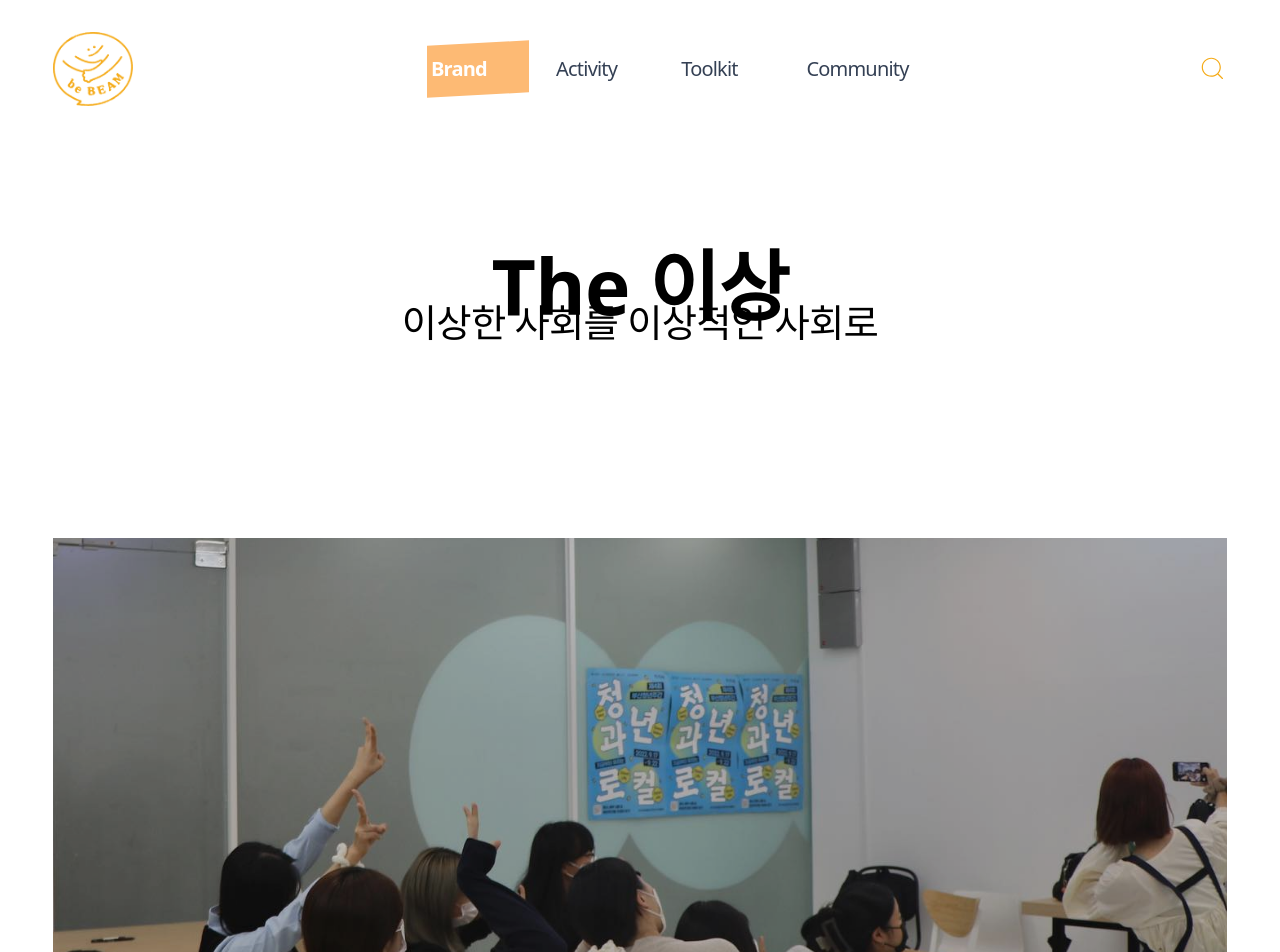
Repository: The-i-sang/BE-BEAM
Page: / (app in front/)
These files come from the project's save history. The page is drawn as it stood at one moment and after the next save; the edit follows.
The browser window is 1280 px wide. The pictures show the part of the page from y = 0 to 952 px (the page is 4370 px tall).
Backgrounds fixed to the window are drawn as part of the page. The project was rebuilt for these pictures with package versions that can differ from the ones it lists, and the page was loaded fresh each time. Also part of the build but not shown: front/src/page/NotFoundPage.jsx, front/src/component/NextArrow.jsx, front/src/component/PrevArrow.jsx, front/src/component/DetailSlider.jsx, front/src/page/Detail.jsx, front/src/component/ToolkitCard.jsx, front/src/component/SlideToolkitCard.jsx, front/src/component/BestToolkitSlider.jsx and 6 more. Imported but missing from the stored project, and not drawn on this page: front/src/config.

Above is the page before, as saved 2023-10-13 01:21:04.

After the next save:
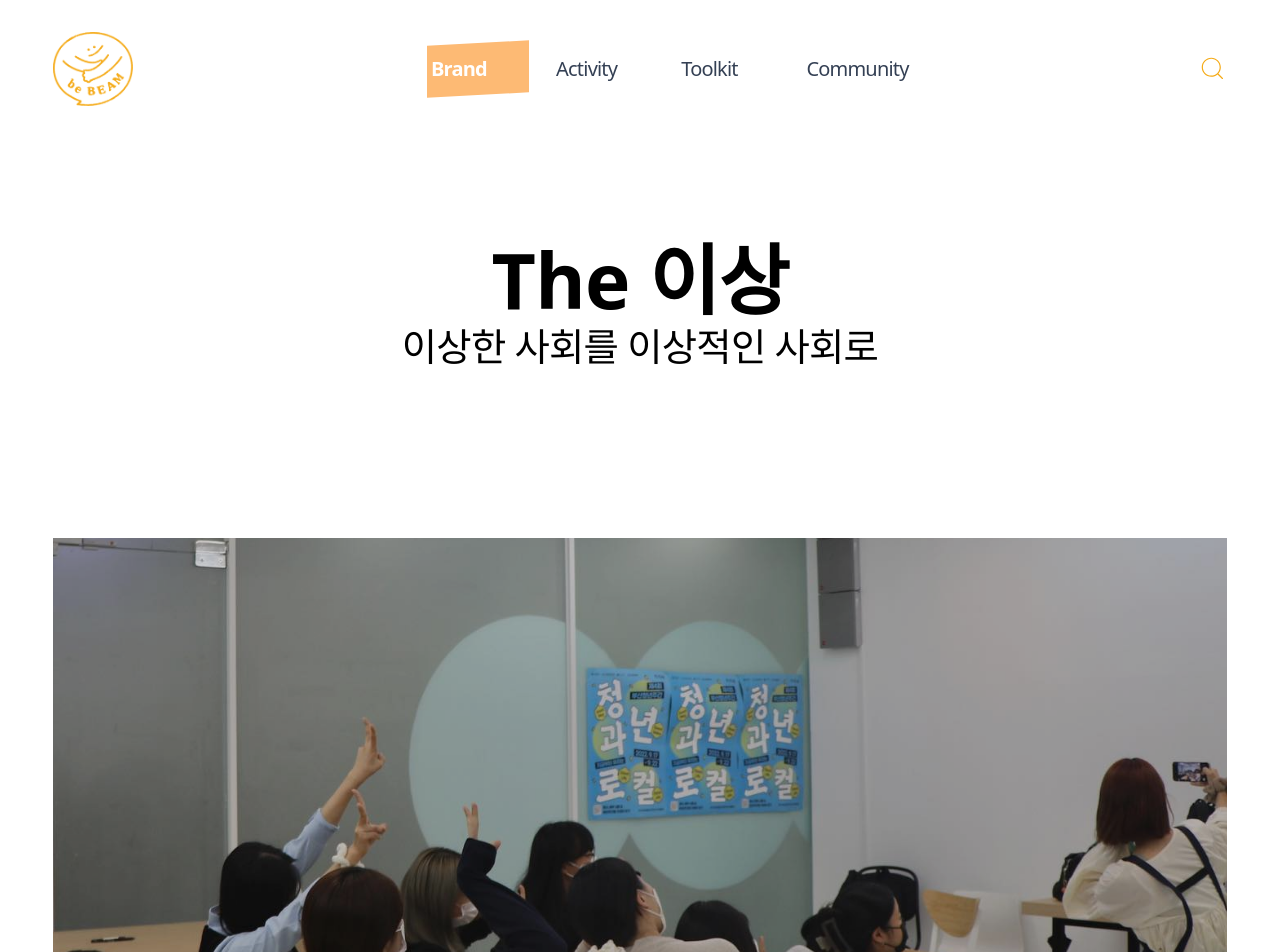
Saved 51 s later.
--- a/front/src/page/Main.jsx
+++ b/front/src/page/Main.jsx
@@ -26,7 +26,7 @@ export default function Main() {
             scrollHeight > 100
               ? "absolute top-[22rem] text-white"
               : "absolute top-0"
-          } w-full h-[300px] text-center transition-all duration-1000 z-[9999] flex flex-col justify-center items-center`}
+          } w-full h-[300px] text-center transition-all duration-1000 z-[9999] flex flex-col justify-center items-center leading-none`}
         >
           <h1 className="text-[4.8rem] font-extrabold">The 이상</h1>
           <p className="text-[2.4rem] mt-2">이상한 사회를 이상적인 사회로</p>
